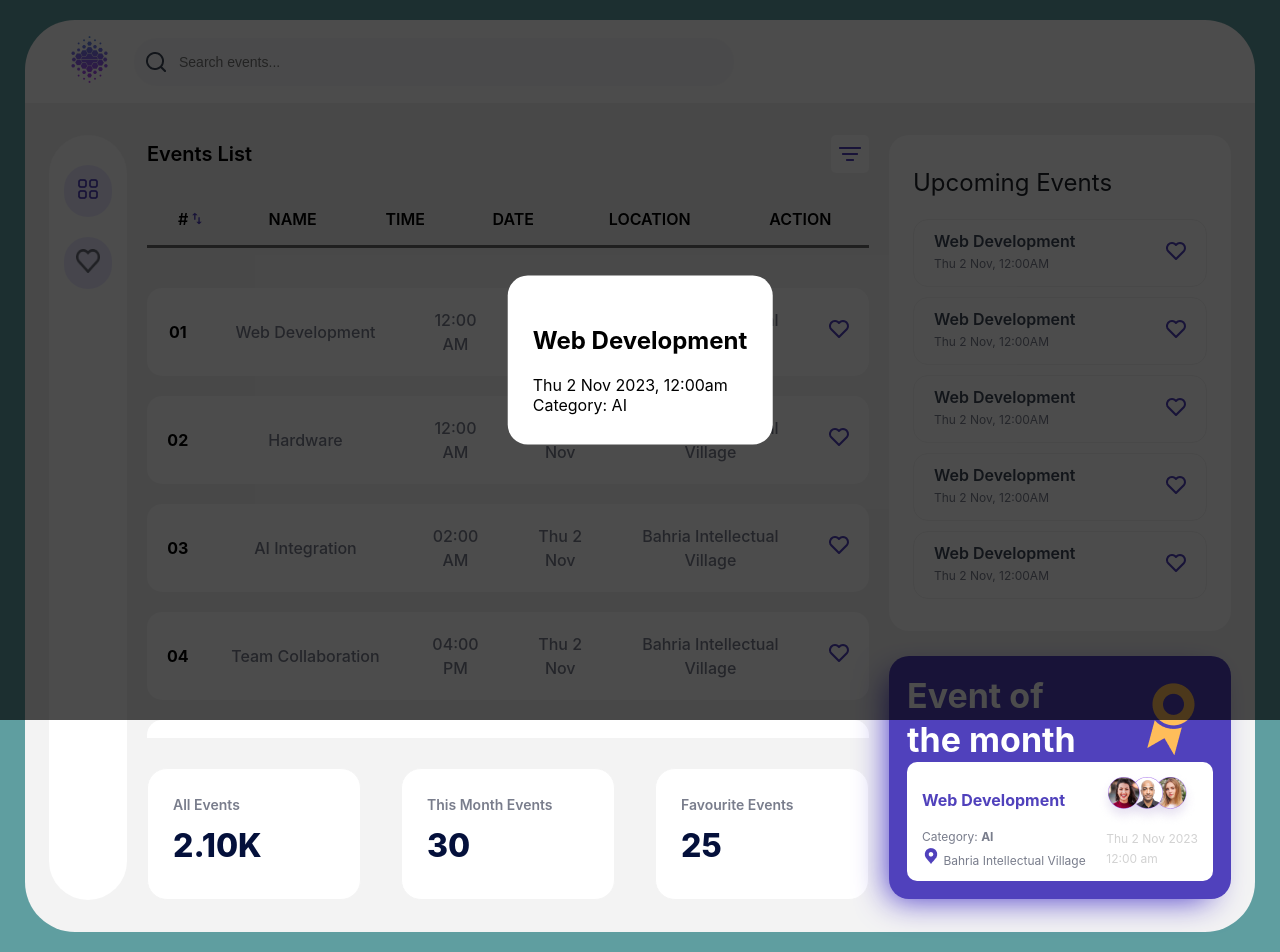
Repository: ahmadunitedsol710/react-dashboard
Page: /, after clicking the first element matching `tr.body_row`
An editor plug-in stored every save of this project. The page is shown before and after the next save, followed by the edit.
The browser window is 1280 px wide. The pictures show the whole page.
An inner scrolling area shows only its first screen. The project was rebuilt for these pictures with package versions that can differ from the ones it lists, and the page was loaded fresh each time.

Above is the page before, as saved 2024-08-02 09:58:21.

### src/App.js
// import {BrowserRouter as Router, Routes, Route} from 'react-router-dom';
import Header from './Components/Header/index';
import Events from './Components/Body/Events';
import './App.css';

function App() {
  return (
    <div className="App container">
    {/* <Router>
      <Routes>
          <Route path="/" exact element={<Header/>}/>
      </Routes>
    </Router> */}
    <Header/>
    <Events/>
    </div>
  );
}

export default App;

### src/Components/Header/index.js
import '../../App.css';
import logo from '../../Images/logo.png'

const Index = () => {

    return (
        <>
            <div className="header">
                <div className="logo">
                    <img src={logo} alt="logo" />
                </div>
                <div className="search_box">
                    <input type="search"  name="search" placeholder='Search events...' className='srch'/>
                </div>
            </div>
        </>
    )
}

export default Index;

### src/Components/Body/Events.js
import '../../App.css';
import Sidebar from './Sidebar';
import List from './Eventlist';
import Upcommingevent from './Upcomingevent';
import Monthlyevent from './Monthlyevent'
import { useEffect, useState } from 'react';

const Events = () => {
    const [showfav, setshowfav] = useState(false)
    const tabledata = [
        {id:"01",name:"Web Development",time:'12:00 AM',date:"Thu 2 Nov",location:"Bahria Intellectual Village"},

        {id:"02",name:"Hardware",time:'12:00 AM',date:"Thu 2 Nov",location:"Bahria Intellectual Village"},

        {id:"03",name:"AI Integration",time:'02:00 AM',date:"Thu 2 Nov",location:"Bahria Intellectual Village"},

        {id:"04",name:"Team Collaboration",time:'04:00 PM',date:"Thu 2 Nov",location:"Bahria Intellectual Village"},

        {id:"05",name:"Front End Development",time:'06:00 PM',date:"Thu 2 Nov",location:"Bahria Intellectual Village"},

        {id:"06",name:"Front End Development",time:'06:00 PM',date:"Thu 2 Nov",location:"Bahria Intellectual Village"},

        {id:"07",name:"Front End Development",time:'06:00 PM',date:"Thu 2 Nov",location:"Bahria Intellectual Village"},

        {id:"08",name:"Front End Development",time:'06:00 PM',date:"Thu 2 Nov",location:"Bahria Intellectual Village"}
   ]

   const [storedData, setStoredData] = useState([])
   useEffect(()=>{
    setStoredData(localStorage.getItem("favourite") ? JSON.parse([localStorage.getItem("favourite")]) : [])
   }, [])

   const eventdata = [
    {id:1, name:"Web Development",date_time:'Thu 2 Nov, 12:00AM'},
    {id:2, name:"Web Development",date_time:'Thu 2 Nov, 12:00AM'},
    {id:3, name:"Web Development",date_time:'Thu 2 Nov, 12:00AM'},
    {id:4, name:"Web Development",date_time:'Thu 2 Nov, 12:00AM'},
    {id:5, name:"Web Development",date_time:'Thu 2 Nov, 12:00AM'},
    {id:6, name:"Web Development",date_time:'Thu 2 Nov, 12:00AM'},
    {id:7, name:"Web Development",date_time:'Thu 2 Nov, 12:00AM'},
    {id:8, name:"Web Development",date_time:'Thu 2 Nov, 12:00AM'},
    {id:9, name:"Web Development",date_time:'Thu 2 Nov, 12:00AM'}
]

   const [storedList, setStoredList] = useState([])
   useEffect(()=>{
    setStoredList(localStorage.getItem("list") ? JSON.parse([localStorage.getItem("list")]) : [])
   }, [])



    return (
        <>
            <div className="events">
                <div className='parent_block'>
                    <Sidebar setshowfav={setshowfav}/>
                    <List showfav={showfav} favdata={storedData} tabledata={tabledata} setStoredData={setStoredData}/>

                     <div className='child_block'>
                        <Upcommingevent showfav={showfav} favdata={storedList} eventdata={eventdata} setStoredList={setStoredList}/>
                        {!showfav && <Monthlyevent/> }
                    </div>

                </div>
            </div>
        </>
    )
}

export default Events;

### src/App.css
body {
  background-color: cadetblue;
}

.container {
  max-width: 1440px;
  margin: 20px auto;
  padding: 0 25px;
  box-sizing: border-box;
}

.App-logo {
  height: 40vmin;
  pointer-events: none;
}

@media (prefers-reduced-motion: no-preference) {
  .App-logo {
    animation: App-logo-spin infinite 20s linear;
  }
}

.App-header {
  background-color: #282c34;
  min-height: 100vh;
  display: flex;
  flex-direction: column;
  align-items: center;
  justify-content: center;
  font-size: calc(10px + 2vmin);
  color: white;
}

.App-link {
  color: #61dafb;
}

@keyframes App-logo-spin {
  from {
    transform: rotate(0deg);
  }
  to {
    transform: rotate(360deg);
  }
}

::-webkit-scrollbar {
  width: 5px;
}

/* Track */
::-webkit-scrollbar-track {
  box-shadow: inset 0 0 5px grey;
  border-radius: 10px;
}

/* Handle */
::-webkit-scrollbar-thumb {
  background: #D9D9D9;
  border-radius: 10px;
}

/* Handle on hover */
::-webkit-scrollbar-thumb:hover {
  background: #6e6e6e;
}


/* Header */
.header { display: flex; justify-content: center; align-items: center; gap: 20px; background-color: #ffffff; padding: 15px 40px; border-radius: 50px 50px 0 0; }

.header .search_box { position: relative; width: 100%; }

.header .search_box .srch { background-image: url(./Images/Search.png); background-repeat: no-repeat; background-color: #F9FAFC; background-position: 10px center; border: none; padding: 13px 45px; width: 600px; border-radius: 50px; font-size: 14px; font-weight: 400; color: #3D4756; line-height: 22px; }


/* Events */
.events { background-color: #f3f3f3; padding: 32px 24px; box-sizing: border-box; border-radius: 0 0 50px 50px; }

.events .parent_block { display: flex; gap: 20px; justify-content: space-between; }

.events .parent_block .child_block { max-width: 380px; width: 100%; }

/* Sidebar */
.sidebar { display: flex; flex-direction: column; background-color: #ffffff; max-width: 80px; padding: 30px 15px; box-sizing: border-box; border-radius: 40px; }

.image { background-color: #ECEAFF; margin-bottom: 20px; border-radius: 25px; }

.sidebar_img { width: 24px; height: 24px; padding: 12px; }

/* Event list */
.event_details { /*max-width: 850px; */ width: calc(100% - 460px); }

.event_details .evenlist .main { display: flex; justify-content: space-between; align-items: center; }

.event_details .evenlist .main .heading { font-size: 20px; font-weight: 600; line-height: 30px; margin: 0; }

.event_details .evenlist .main .filter { background-color: #ffffff; padding: 5px; border-radius: 5px; box-sizing: border-box; }

table { border-collapse: separate; border-spacing: 0 20px;  width: 100%}

.tbody_container { overflow-y: auto; max-height: 470px; }

th { text-align: center; font-size: 16px; font-weight: 600; line-height: 22px; padding: 15px 20px; box-sizing: border-box; border-bottom: 3px solid #6a6a6a; }

.index { font-size: 16px; font-weight: bolder; line-height: 24px; }

.body_row td { background-color: #ffffff; padding: 20px; text-align: center; }

.body_row td:first-child { border-radius: 15px 0 0 15px; }

.body_row td:last-child { border-radius: 0 15px 15px 0; }

.body_row .details { font-size: 16px; font-weight: 500; line-height: 24px; color: #797d8c; cursor: pointer;}

.cards { display: flex; align-items: center; gap: 40px; margin-top: 30px; }

.cards .all_events, .cards .this_month, .cards .fav_events { background-color: #ffffff; border-radius: 20px; border: 1px solid #f3f3f3; width: 260px; padding: 25px 25px 33px; box-sizing: border-box; }

.cards .text { color: #797d8c; font-size: 14px; font-weight: 600; line-height: 22px; margin: 0; }

.cards .title { font-size: 32px; line-height: 40px; font-weight: 800; margin: 10px 0 0; color: #04103b; }



/* Upcoming events */
.upcomingevents { background-color: #ffffff; border-radius: 20px; padding: 32px 24px; box-sizing: border-box; }

.upcomingevents .title { font-size: 24px; line-height: 32px; font-weight: 400; color: #1e232a; margin: 0 0 20px; }

.upcomingevents .events_list { margin: 0; padding: 0; height: 380px; overflow-y: auto; }

.upcomingevents .events_list .event { border: 1px solid #f3f3f3; list-style-type: none; border-radius: 15px; padding: 10px 20px; display: flex; align-items: center; justify-content: space-between; margin-bottom: 10px; }

.upcomingevents .events_list .event:last-child { margin-bottom: 0; }

.upcomingevents .events_list .event .event_title { font-size: 16px; font-weight: 600; line-height: 22px; color: #3d4756; margin: 0; }

.upcomingevents .events_list .event .event_date_time { font-size: 12px; font-weight: 400; line-height: 24px; color: #797D8C; margin: 0; }


/* Monthly event */
.monthly_event { background-color: #5041bc; color: #ffffff; padding: 18px; box-sizing: border-box; border-radius: 20px; margin-top: 25px; box-shadow: -10px 10px 33px -10px #4533C9; }

.monthly_event .upper_part { display: flex; justify-content: space-between; align-items: center; }

.monthly_event .upper_part .heading { max-width: 180px; margin: 0; font-size: 34px; font-weight: 700; line-height: 44px; }

.bottom_part { background-color: #ffffff; color: #5041BC; border-radius: 10px; padding: 10px 15px; }

.bottom_part .first_row, .bottom_part .second_row { display: flex; justify-content: space-between; align-items: center; }

.bottom_part .first_row .course_title { margin: 0; font-size: 16px; font-weight: 700; line-height: 26px; }

.bottom_part .second_row { font-size: 12px; font-weight: 400; line-height: 20px; }

.bottom_part .second_row .cat_loc { color: #797D8C; }

.bottom_part .second_row .date_time { color: #D2D2D2; }




/* Detail Popup */
.overlay {
  position: fixed;
  top: 0;
  left: 0;
  width: 100%;
  height: 100%;
  background: rgba(0, 0, 0, 0.7);
}

.overlay .detailpopup {
  position: absolute;
  background-color: #ffffff;
  transform: translate(-50%, -50%);
  left: 50%;
  top: 50%;
  border-radius: 20px;
  padding: 30px 25px;
  box-sizing: border-box;
}

### src/Components/Body/Sidebar.js
import '../../App.css';
import grid from '../../Images/grid.png';
import favourite from '../../Images/fav.png'

const sidebar = ({setshowfav}) => {

    return (
        <>
            <div className="sidebar">
                <div className="image">
                    <img src={grid} alt="grid" className='sidebar_img' onClick={()=>setshowfav(false)}/>
                </div>
                <div className="image">
                    <img src={favourite} alt="favourite" className='sidebar_img' onClick={()=>setshowfav(true)}/>
                </div>
            </div>
        </>
    )
}

export default sidebar;

### src/Components/Body/Eventlist.js
import '../../App.css';
import swap from '../../Images/swap.png';
import emptyfav from '../../Images/empty_fav.png'
import fillfav from '../../Images/fill_fav.png'
import filter from '../../Images/filter.png'
import { useEffect, useState } from 'react';
import Detailpopup from './Detailpopup';

const Eventlist = ({showfav, favdata, tabledata, setStoredData}) => {
    const [showModal, setShowModal] = useState(false)


    const add_fav = (data) => {
        const isFav = favdata.some(favitem => favitem.id === data.id)

        if (isFav) {
            // setStoredData(favdata.filter(favitem => favitem.id !== data.id));
            const updatedFavData = favdata.filter(favItem => favItem.id !== data.id);
            setStoredData(updatedFavData);
            localStorage.setItem("favourite", JSON.stringify(updatedFavData))

            console.log("else 1")
        }
        else {
            const updatedFavData = [...favdata, data];
            setStoredData(updatedFavData);
            localStorage.setItem("favourite", JSON.stringify(updatedFavData))
            console.log("else 2")
        }
    };

    const closeModal = () => {
        setShowModal(false)
    }

       const all_events = {text:"All Events", title:"2.10K"}
       const this_month = {text:"This Month Events", title:"30"}
       const fav_events = {text:"Favourite Events", title:"25"}
    return (
        <>
            <div className="event_details">
                <div className="evenlist">
                    <div className="main">
                        <h2 className='heading'>Events List</h2>
                        <img src={filter} alt="filter" className='filter' />
                    </div>
                    <div className="table_data">
                        <table className="table">
                            <thead className='table_head'>
                                <tr>
                                    <th># <img src={swap} alt="swap" /> </th>
                                    <th>NAME</th>
                                    <th>TIME</th>
                                    <th>DATE</th>
                                    <th>LOCATION</th>
                                    <th>ACTION</th>
                                </tr>
                            </thead>
                        </table>
                        <div className="tbody_container">
                            <table>
                                <tbody>
                                    {!showfav ? tabledata.map((data)=>(
                                        <tr className='body_row' key={data.id} onClick={()=>setShowModal(true)}>
                                        <td className='index' data-label="index">{data?.id}</td>
                                        <td className='details' data-label="name">{data?.name}</td>
                                        <td className='details' data-label="time">{data?.time}</td>
                                        <td className='details' data-label="date">{data?.date}</td>
                                        <td className='details' data-label="location">{data?.location}</td>
                                        <td className='details' data-label="location"> <img src={favdata.some(favitem => favitem.id === data.id) ? fillfav : emptyfav} alt="favourite"
                                        onClick={()=>add_fav(data)}/></td>
                                    </tr>)) :
                                    favdata.map((data)=>(
                                        <tr className='body_row' key={data.id} onClick={()=>setShowModal(true)}>
                                        <td className='index' data-label="index">{data?.id}</td>
                                        <td className='details' data-label="name">{data?.name}</td>
                                        <td className='details' data-label="time">{data?.time}</td>
                                        <td className='details' data-label="date">{data?.date}</td>
                                        <td className='details' data-label="location">{data?.location}</td>
                                        <td className='details' data-label="location"> <img src={favdata.some(favitem=>favitem.id === data.id) ? fillfav : emptyfav} alt="favourite"
                                        onClick={()=>add_fav(data)}/></td>
                                    </tr>
                                    ))}
                                </tbody>
                            </table>
                        </div>
                    </div>
                </div>

             {!showfav &&   <div className="cards">
                    <div className="all_events">
                        <p className='text'>{all_events.text}</p>
                        <h2 className='title'>{all_events.title}</h2>
                    </div>
                    <div className="this_month">
                        <p className='text'>{this_month.text}</p>
                        <h2 className='title'>{this_month.title}</h2>
                    </div>
                    <div className="fav_events">
                        <p className='text'>{fav_events.text}</p>
                        <h2 className='title'>{fav_events.title}</h2>
                    </div>
                </div>}
            </div>
            {showModal && <Detailpopup closeModal={closeModal}/>}
        </>
    )
}

export default Eventlist;

### src/Components/Body/Upcomingevent.js
import emptyfav from '../../Images/empty_fav.png'
import fillfav from '../../Images/fill_fav.png'

const Upcommingevent = ({showfav, eventdata, setStoredList, favdata}) => {

    const add_fav = (list) => {
        const isFav = favdata.some(favitem => favitem.id === list.id)

        if (isFav) {
            const updatedFavData = favdata.filter(favItem => favItem.id !== list.id);
            setStoredList(updatedFavData);
            localStorage.setItem("list", JSON.stringify(updatedFavData))
            console.log("else 1")
        }
        else {
            const updatedFavData = [...favdata, list];
            setStoredList(updatedFavData);
            localStorage.setItem("list", JSON.stringify(updatedFavData))
            console.log("else 2")
        }
    };

    return (
        <>  {/* add multiple tags when use empty tags */}
            <div className="upcomingevents">
                <h2 className="title">Upcoming Events</h2>

                <ul className="events_list">
                    {!showfav ? eventdata.map((list) => (
                        <li className="event" key={list.id}>
                            <div className="title_date_time">
                                <p className="event_title">{list.name}</p>
                                <p className="event_date_time">{list.date_time}</p>
                            </div>
                            <div>
                                <img src={favdata.some(favitem => favitem.id === list.id) ? fillfav : emptyfav} alt="emptyfav"
                                onClick={()=>add_fav(list)}/>
                            </div>
                        </li>
                    )) :
                    favdata.map((list) => (
                        <li className="event" key={list.id}>
                            <div className="title_date_time">
                                <p className="event_title">{list.name}</p>
                                <p className="event_date_time">{list.date_time}</p>
                            </div>
                            <div>
                                <img src={favdata.some(favitem => favitem.id === list.id) ? fillfav : emptyfav} alt="emptyfav"
                                onClick={()=>add_fav(list)}/>
                            </div>
                        </li>
                    ))}
                </ul>
            </div>
        </>
    )

}

export default Upcommingevent;

### src/Components/Body/Monthlyevent.js
import loc from '../../Images/location.png'
import teacher_img from '../../Images/user.png'
import pin from '../../Images/pin.png'


const MonthlyEvent = () => {
    const course_details = {name:"Web Development", image:teacher_img, category:"AI", location:"Bahria Intellectual Village", date:"Thu 2 Nov 2023", time:"12:00 am" }
    return (
        <>
        <div className="monthly_event">
            <div className="upper_part">
                <h1 className="heading">Event of the month</h1>
                <img src={loc} alt="location" />
            </div>

            <div className="bottom_part">
                <div className="first_row">
                    <h3 className='course_title'>{course_details.name}</h3>
                    <img src={course_details.image} alt="teachers" />
                </div>
                <div className="second_row">
                    <div className="cat_loc">
                        <div>Category: <strong>{course_details.category}</strong></div>
                        <div> <img src={pin} alt="pin" />  {course_details.location}</div>
                    </div>
                    <div className="date_time">
                        <div className="date">{course_details.date}</div>
                        <div className="time">{course_details.time}</div>
                    </div>
                </div>
            </div>
        </div>
        </>
    )
}


export default MonthlyEvent;

### src/Components/Body/Detailpopup.js

import pin from '../../Images/pin.png'

const Detailpopup = ({closeModal}) => {
    return (
        <>
        <div className="overlay" onClick={closeModal}>
            <div className="detailpopup">
                <div className="course_Details">
                    <div className="title_time">
                        <h2 className="title">Web Development</h2>
                        <span className="time">Thu 2 Nov 2023, 12:00am</span>
                    </div>
                    <span className="category">Category: AI</span>
                    <div className="description">

                    </div>
                </div>
            </div>
        </div>
        </>
    )
}

export default Detailpopup;

Loaded but not shown: public/index.html (common file); src/index.js (common file); src/index.css (common file); src/reportWebVitals.js (common file)

After the next save:
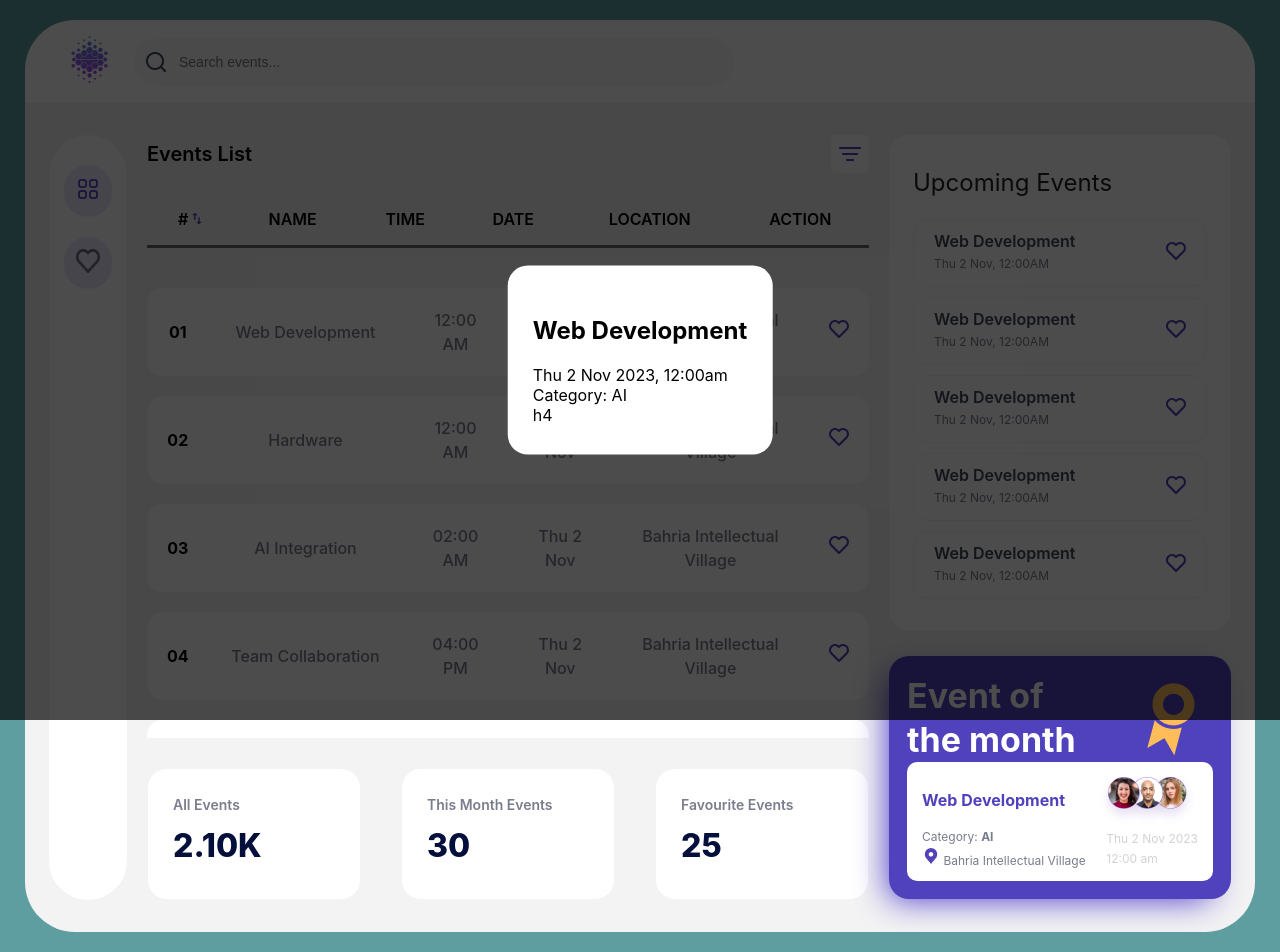
Saved 4 s later.
--- a/src/Components/Body/Detailpopup.js
+++ b/src/Components/Body/Detailpopup.js
@@ -13,7 +13,7 @@ const Detailpopup = ({closeModal}) => {
                     </div>
                     <span className="category">Category: AI</span>
                     <div className="description">
-
+                        h4
                     </div>
                 </div>
             </div>
